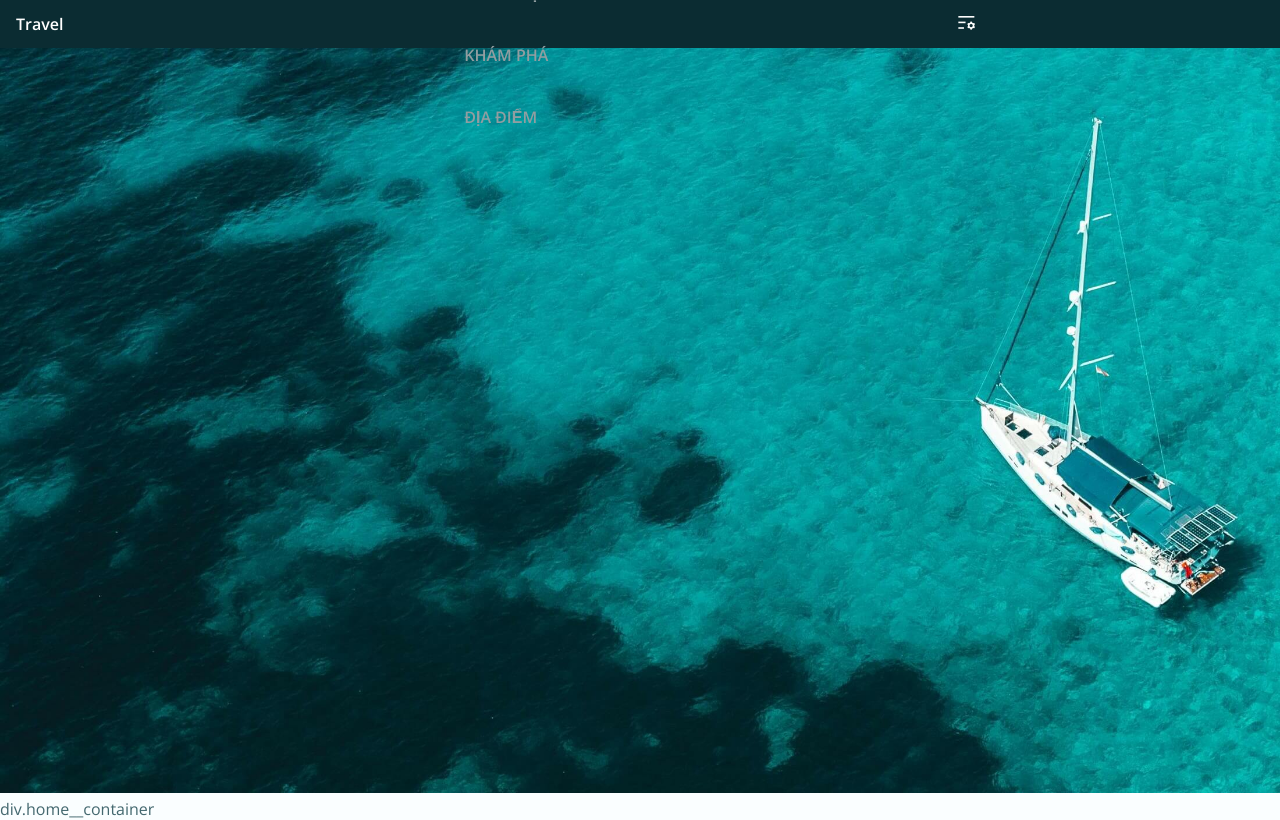
Repository: haokiet2501/travel-demo
Page: index.html
These files come from the project's save history. The page is drawn as it stood at one moment and after the next save; the edit follows.
The browser window is 1280 px wide. The pictures show the whole page.

Above is the page before, as saved 2021-09-21 10:30:57.

### index.html
<!DOCTYPE html>
<html lang="en">
<head>
    <meta charset="UTF-8">
    <meta http-equiv="X-UA-Compatible" content="IE=edge">
    <meta name="viewport" content="width=device-width, initial-scale=1.0">
    <link href="https://cdn.jsdelivr.net/npm/remixicon@2.5.0/fonts/remixicon.css" rel="stylesheet">
    <link rel="stylesheet" href="/css/style.css">
    <title>Website Travel</title>
</head>

<body>
    <header class="header" id="header">
        <nav class="nav container">
            <a href="#" class="nav__logo">Travel</a>

            <div class="nav__menu" id="nav-menu">
                <ul class="nav__list">
                    <li class="nav__item">
                        <a href="#home" class="nav__link">Trang chủ</a>
                    </li>
                    <li class="nav__item">
                        <a href="#about" class="nav__link">Giới thiệt</a>
                    </li>
                    <li class="nav__item">
                        <a href="#discover" class="nav__link">Khám phá</a>
                    </li>
                    <li class="nav__item">
                        <a href="#place" class="nav__link">Địa điểm</a>
                    </li>
                </ul>

                <i class="ri-close-line nav__close" id="nav-close"></i>
            </div>

            <div class="nav__toggle" id="nav-toggle">
                <i class="ri-list-settings-line"></i>
            </div>
        </nav>
    </header>

    <main class="main">
        <section class="home" id="home">
            <img src="assets/img/home1.jpg" alt="" class="home__img">

            div.home__container
        </section>
    </main>

    <script src="js/script.js"></script>
</body>

</html>

### css/style.css
/* Google Font */
@import url('https://fonts.googleapis.com/css2?family=Open+Sans:wght@400;600&family=Raleway:wght@500;600;700&display=swap');

/* Variables css */
:root {
    --header-height: 3rem;

    /* Colors */
    --hue-color: 190;

    /* HSL color mode */
    --first-color: hsl(var(--hue-color), 64%, 12%);
    --first-color-second: hsl(var(--hue-color), 64%, 22%);
    --first-color-alt: hsl(var(--hue-color), 64%, 15%);
    --title-color: hsl(var(--hue-color), 64%, 18%);
    --text-color: hsl(var(--hue-color), 24%, 35%);
    --text-color-light: hsl(var(--hue-color), 8%, 60%);
    --input-color: hsl(var(--hue-color), 24%, 97%);
    --body-color: hsl(var(--hue-color), 100%, 99%);
    --white-color: #FFF;
    --scroll-bar-color: hsl(var(--hue-color), 12%, 90%);
    --scroll-thumb-color: hsl(var(--hue-color), 12%, 75%);

    /* Font and typography */
    --body-font: 'Open Sans', sans-serif;
    --title-font: 'Raleway', sans-serif;
    --biggest-font-size: 2.5rem;
    --h1-font-size: 1.5rem;
    --h2-font-size: 1.25rem;
    --h3-font-size: 1rem;
    --normal-font-size: .938rem;
    --small-font-size: .813rem;
    --smaller-font-size: .75rem;

    /* Font Weight */
    --font-medium: 500;
    --font-semi-bold: 600;

    /* Margin Bottom */
    --mb-0-25: .25rem;
    --mb-0-5: .5rem;
    --mb-0-75: .75rem;
    --mb-1: 1rem;
    --mb-1-25: 1.25rem;
    --mb-1-5: 1.5rem;
    --mb-2: 2rem;
    --mb-2-5: 2.5rem;

    /* Z-index */
    --z-tooltip: 10;
    --z-fixed: 100;

    /* Hover overlay */
    --img-transition: .3s;
    --img-hidden: hidden;
    --img-scale: scale(1.1);
}

@media screen and (min-width: 960px) {
    :root {
        --biggest-font-size: 4rem;
        --h1-font-size: 2.25rem;
        --h2-font-size: 1.75rem;
        --h3-font-size: 1.25rem;
        --normal-font-size: 1rem;
        --small-font-size: .875rem;
        --smaller-font-size: .813rem;
    }
}

/* Base */
* {
    padding: 0;
    margin: 0;
    box-sizing: border-box;
}

html {
    scroll-behavior: smooth;
}

body {
    margin: var(--header-height) 0 0 0;
    font-family: var(--body-font);
    font-size: var(--normal-font-size);
    background-color: var(--body-color);
    color: var(--text-color);
}

h1,h2,h3 {
    color: var(--title-color);
    font-weight: var(--font-semi-bold);
    font-family: var(--title-font);
}

ul {
    list-style: none;
}

a {
    text-decoration: none;
}

img, video {
    max-width: 100%;
    height: auto;
}

button, input {
    border: none;
    font-family: var(--body-font);
    font-size: var(--normal-font-size);
}

button {
    cursor: pointer;
}

input {
    outline: none;
}

/* Reusable css classed */
.section {
    padding: 4.5rem 0 2.5rem;
}

.section__title {
    font-size: var(--h2-font-size);
    color: var(--title-color);
    text-align: center;
    text-transform: capitalize;
    margin-bottom: var(--mb-2);
}

.container {
    max-width: 960px;
    margin-left: var(--mb-1);
    margin-right: var(--mb-1);
}

.grid {
    display: grid;
    gap: 1.5rem;
}

/* HEADER */
.header {
    width: 100%;
    position: fixed;
    top: 0;
    left: 0;
    z-index: var(--z-fixed);
    background-color: var(--first-color);
}

/* NAV */
.nav {
    display: flex;
    justify-content: space-between;
    align-items: center;
    height: var(--header-height);
}

.nav__logo, .nav__toggle {
    color: var(--white-color);
}

.nav__logo {
    font-weight: var(--font-semi-bold);
}

.nav__toggle {
    font-size: 1.2rem;
    cursor: pointer;
}

.nav__menu {
    position: relative;
}

@media screen and (max-width: 767px) {
    .nav__menu {
        position: fixed;
        background-color: var(--body-color);
        top: 0;
        right: -100%;
        width: 70%;
        height: 100%;
        box-shadow: -1px 0 4px hsla(var(--hue-color), 64%, 15%, .15);
        padding: 3rem;
        transition: .4s;
    }
}

.nav__list {
    display: flex;
    flex-direction: column;
    row-gap: 2.5rem;
}

.nav__link {
    color: var(--text-color-light);
    font-weight: var(--font-semi-bold);
    text-transform: uppercase;
}

.nav__link:hover {
    color: var(--text-color);
}

.nav__close {
    position: absolute;
    top: .75rem;
    right: 1rem;
    font-size: 1.5rem;
    color: var(--title-color);
    cursor: pointer;
}

/* Show-Menu */
.show-menu {
    right: 0;
}

### js/script.js
// Show Menu
const navMenu = document.getElementById('nav-menu'),
      navToggle = document.getElementById('nav-toggle'),
      navClose = document.getElementById('nav-close')

if(navToggle) {
    navToggle.addEventListener('click', () => {
        navMenu.classList.add('show-menu')
    })
}

if(navClose) {
    navClose.addEventListener('click', () => {
        navMenu.classList.remove('show-menu')
    })
}

// Remove menu Mobile
const navLink = document.querySelectorAll('.nav__link')

function linkAction(){
    const navMenu = document.getElementById('nav-menu')
    // When we click on each nav__link, we remove the show-menu class
    navMenu.classList.remove('show-menu')
}
navLink.forEach(n => n.addEventListener('click', linkAction))

After the next save:
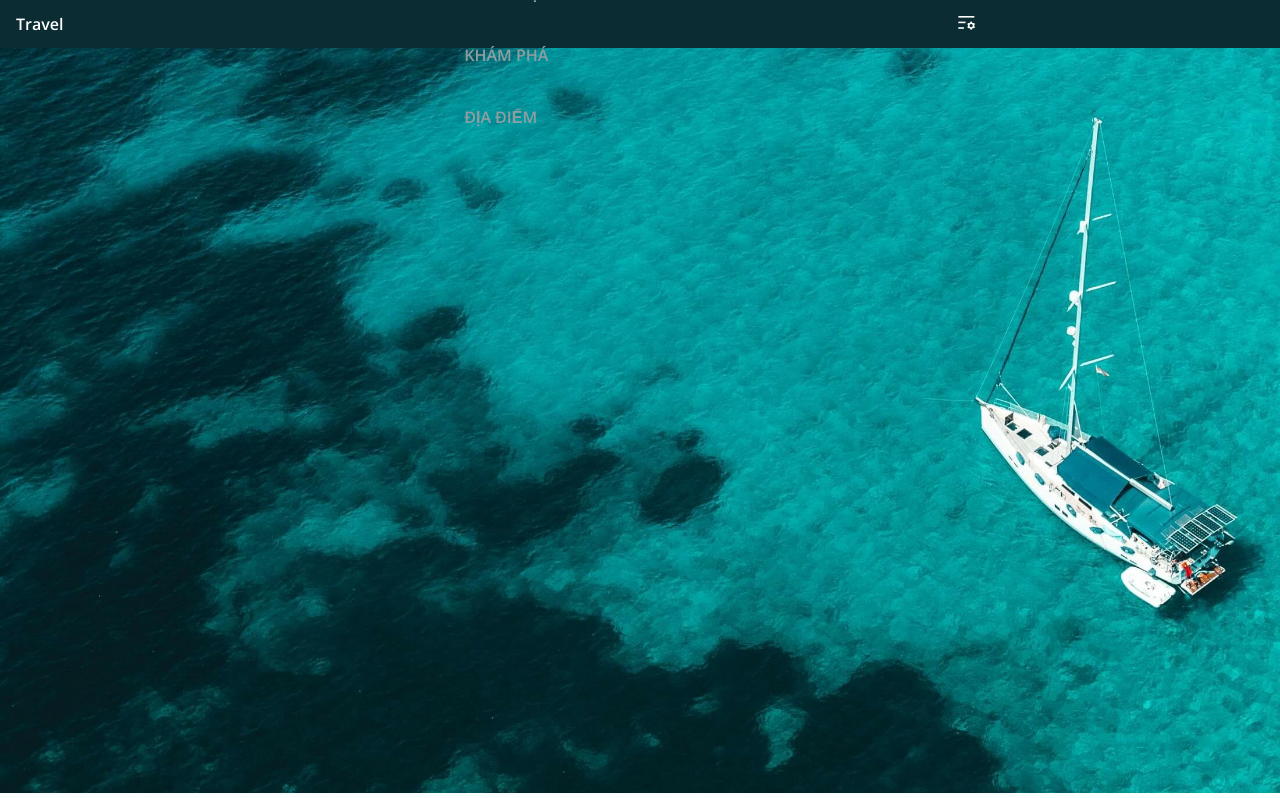
Saved 4 s later.
--- a/index.html
+++ b/index.html
@@ -43,7 +43,7 @@
         <section class="home" id="home">
             <img src="assets/img/home1.jpg" alt="" class="home__img">
 
-            div.home__container
+            <div class="home__container container grid"></div>
         </section>
     </main>
 
